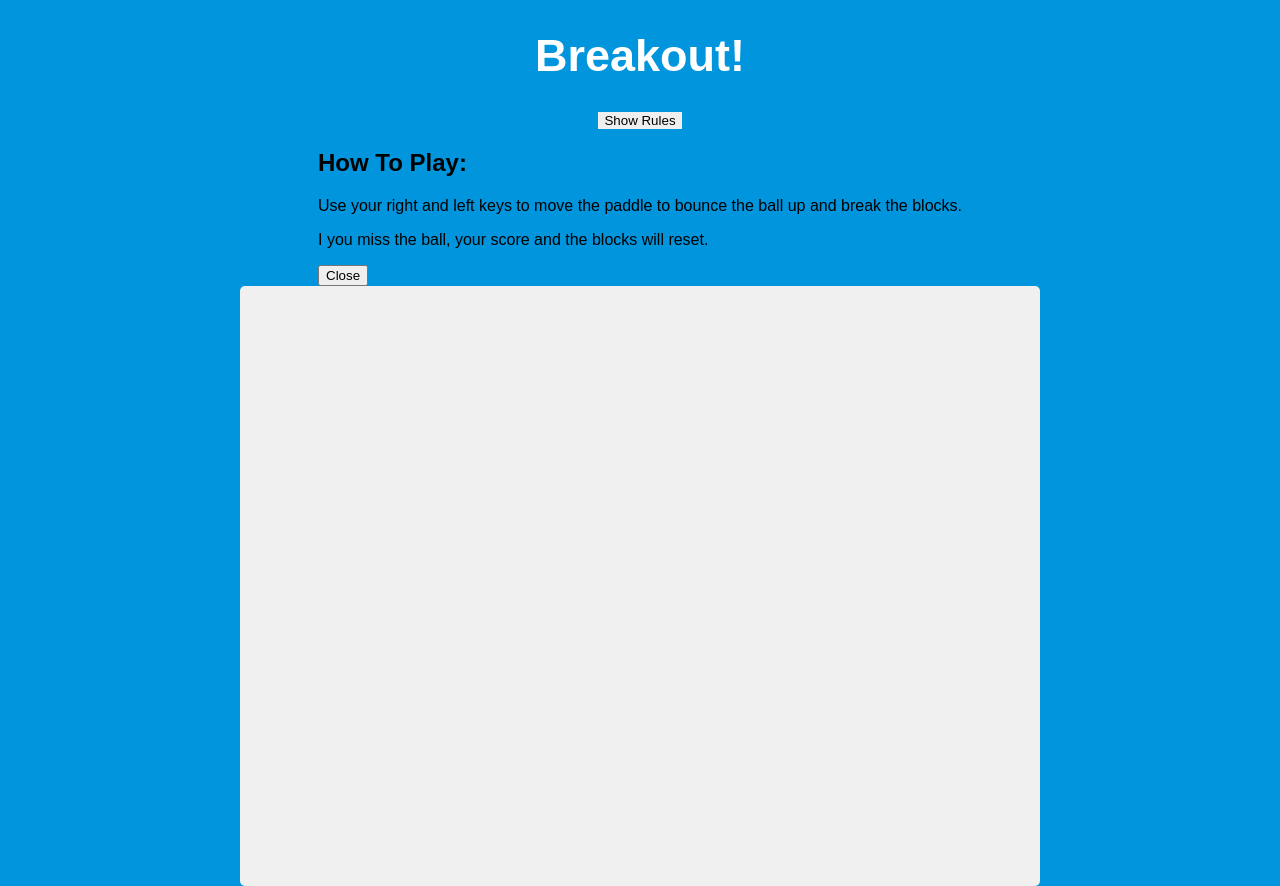
Repository: JackyZzZz/BREAKOUT-GAME
Page: index.html
The author's editor kept a copy of each file at every save. The page is drawn from the files as they stood at one save, then again after the next save.
The browser window is 1280 px wide. The pictures show the whole page.

Above is the page before, as saved 2023-09-04 20:38:39.

After the next save:
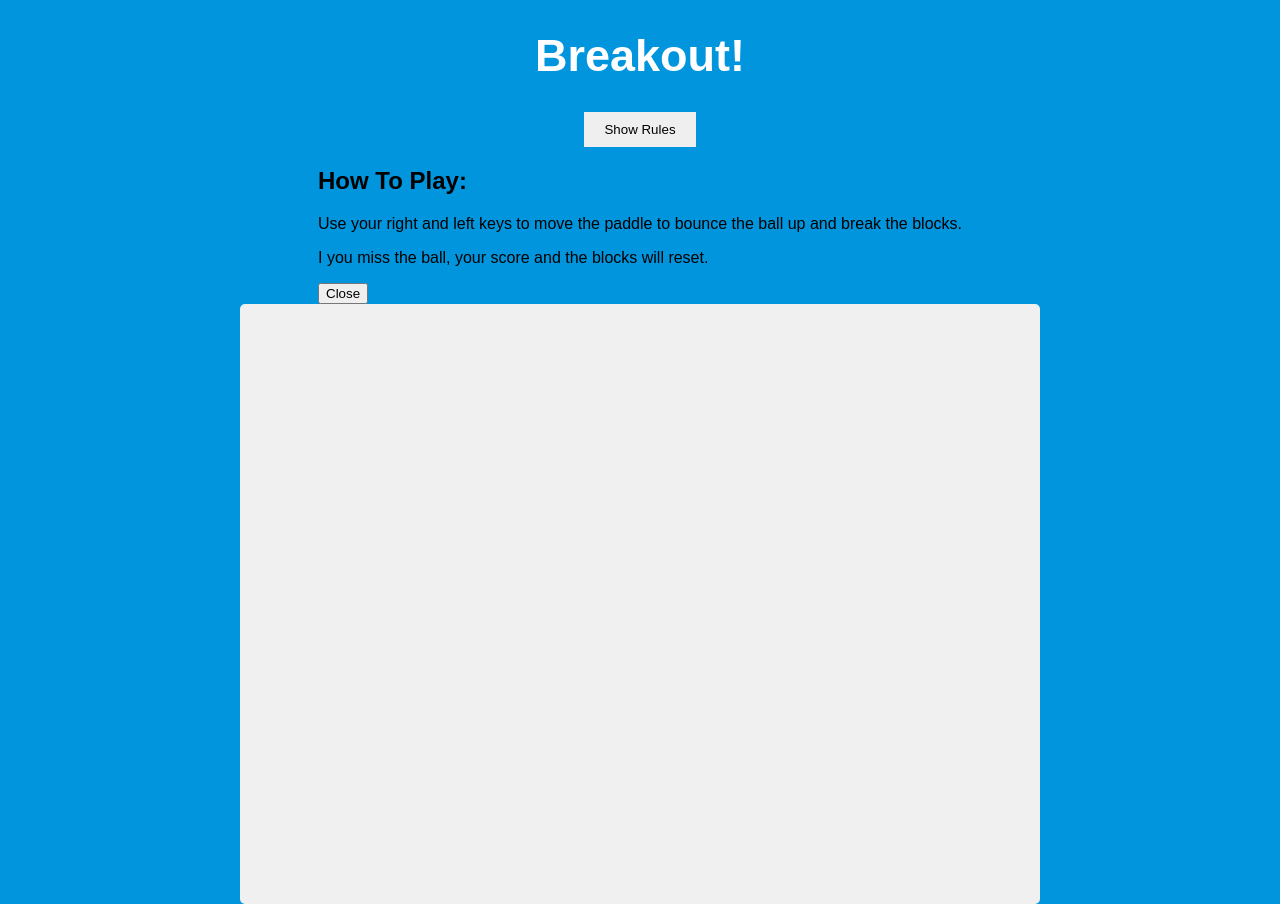
Saved 6 s later.
--- a/style.css
+++ b/style.css
@@ -27,4 +27,5 @@ canvas {
 .btn {
     cursor: pointer;
     border: 0;
+    padding: 10px 20px;
 }
